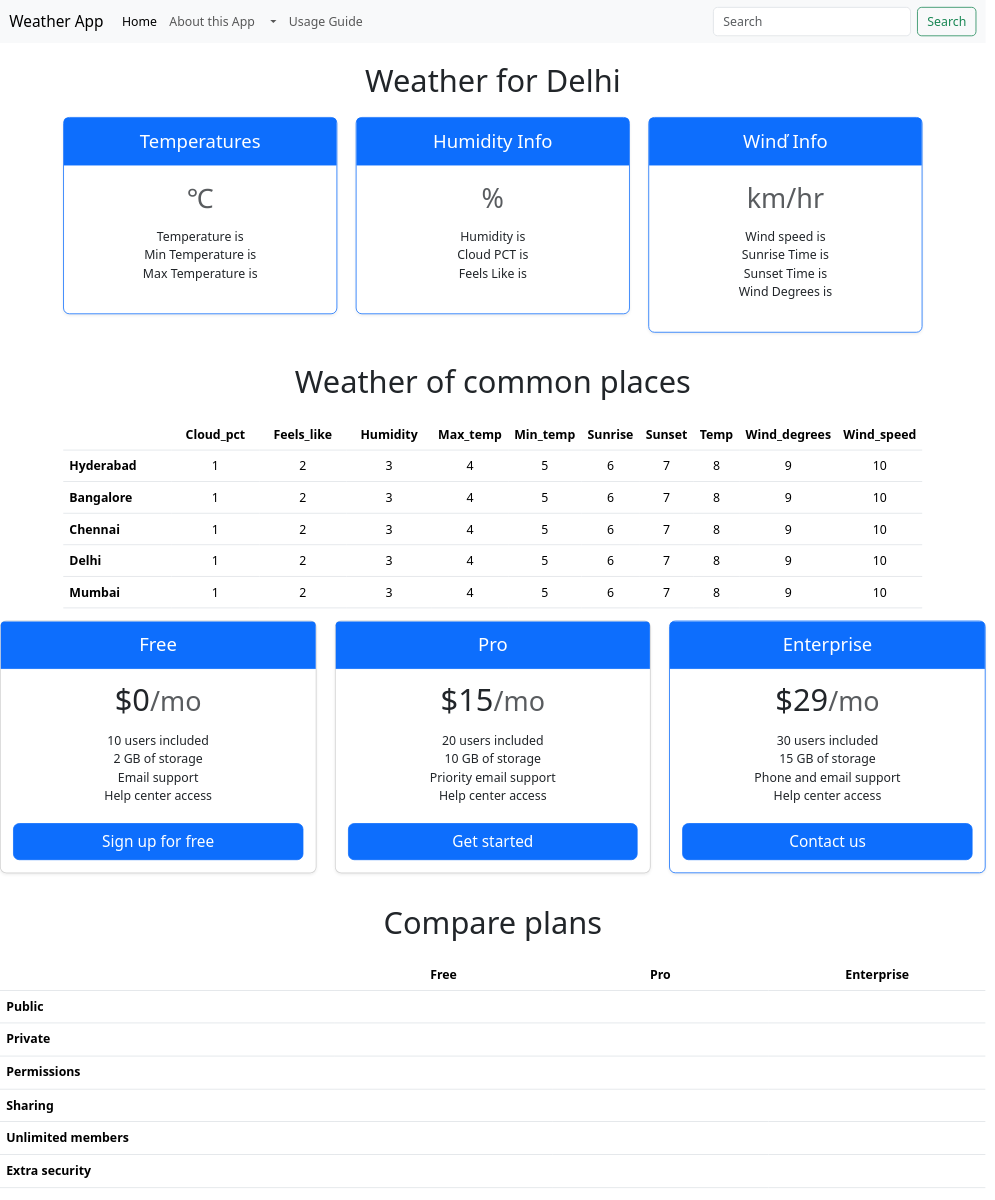
Repository: Abhilash2909/weather
Page: index.html
An editor plug-in stored every save of this project. The page is shown before and after the next save, followed by the edit.
The browser window is 1280 px wide. The page is 1292 px wide, so the pictures cover 1292 px, including what lies to the right of the window. The pictures show the whole page, at 77% of full size.
The page's requests for data from a server got no answer.

Above is the page before, as saved 2024-02-11 17:06:48.

After the next save:
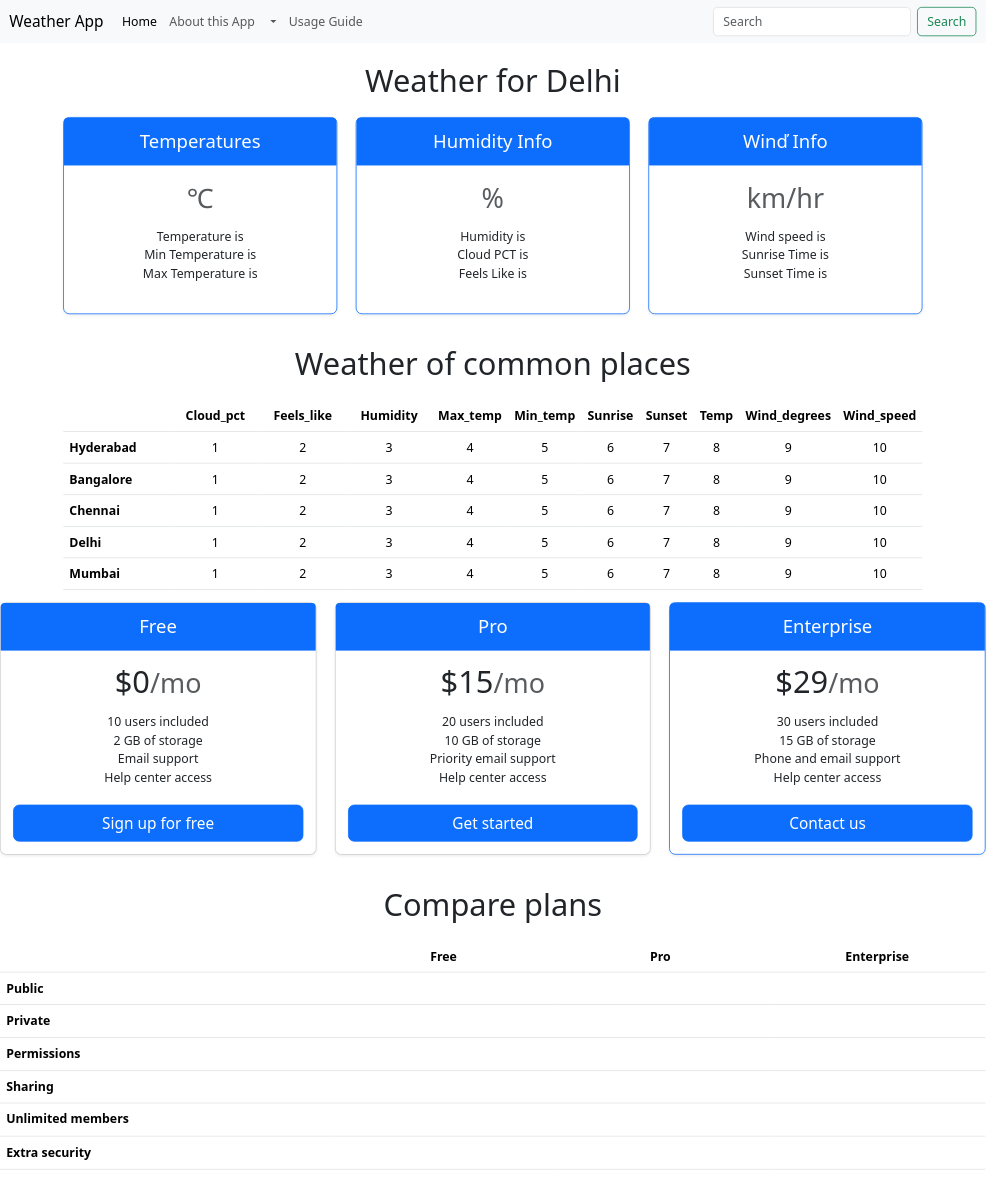
Saved 4 s later.
--- a/index.html
+++ b/index.html
@@ -90,7 +90,7 @@
                   <li>Wind speed is <span id="wind_speed" ></span></li>
                   <li>Sunrise Time is <span id="sunrise" ></span></li>
                   <li>Sunset Time is <span id="sunset" ></span></li>
-                  <li>Wind Degrees is <span id="wind_degrees" ></span></li>
+                  <!-- <li>Wind Degrees is <span id="wind_degrees" ></span></li> -->
                 </ul>
                 <!-- <button type="button" class="w-100 btn btn-lg btn-primary">Contact us</button> -->
               </div>
